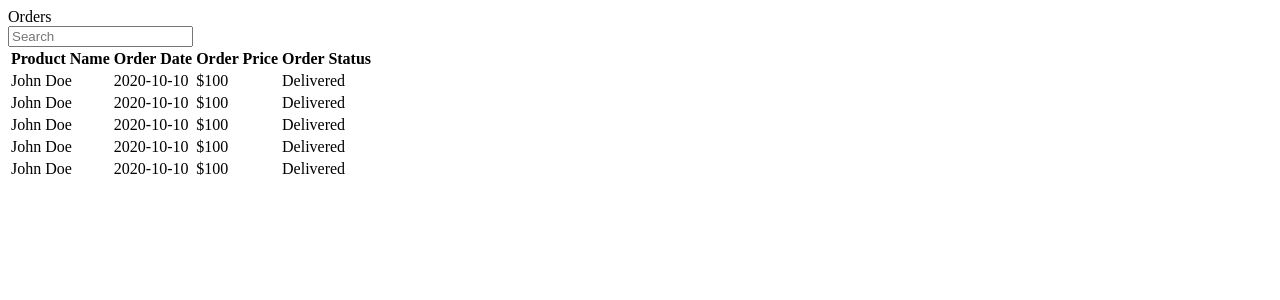
Repository: cjaymoni/FE_Submission02
Page: views/orders/orders.html
An editor plug-in stored every save of this project. The page is shown before and after the next save, followed by the edit.
The browser window is 1280 px wide. The pictures show the whole page.

Above is the page before, as saved 2022-09-29 15:21:11.

After the next save:
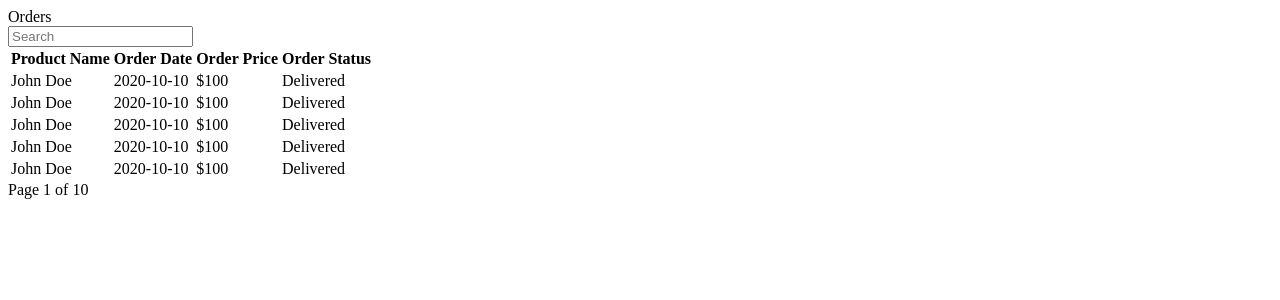
Saved 3 min 12 s later.
--- a/views/orders/orders.html
+++ b/views/orders/orders.html
@@ -53,4 +53,10 @@
       </tbody>
     </table>
   </div>
+
+  <div class="order-table-paginator">
+    Page 1 of 10
+    <i class="fas fa-chevron-left"></i>
+    <i class="fas fa-chevron-right"></i>
+  </div>
 </div>
